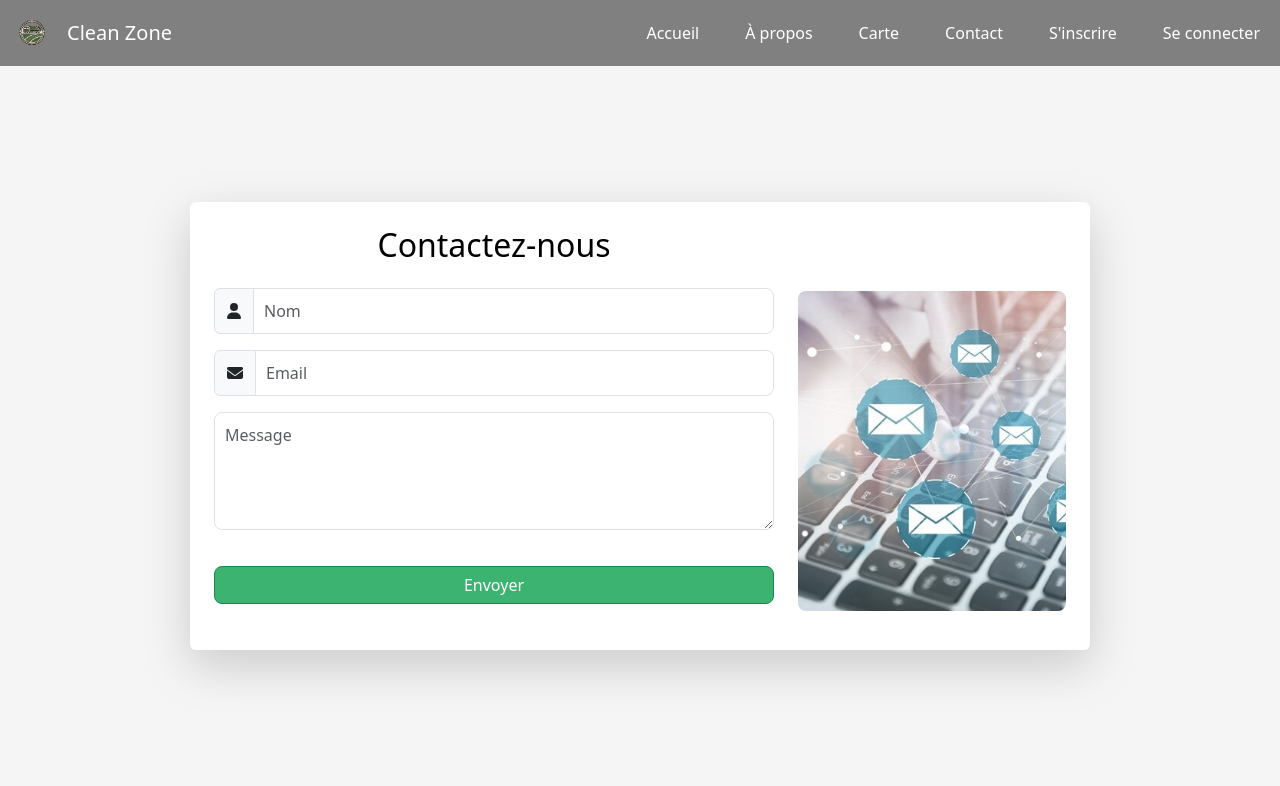
Repository: SystemInfoGeo/QGISproject
Page: /contact (app in NEXT/)
These files come from the project's save history. The page is drawn as it stood at one moment and after the next save; the edit follows.
The browser window is 1280 px wide. The pictures show the whole page.
The project was rebuilt for these pictures with package versions that can differ from the ones it lists, and the page was loaded fresh each time. The framework's server and built-in components were replaced by stand-ins that run in the browser. Also part of the build but not shown: NEXT/next.config.mjs.

Above is the page before, as saved 2024-09-16 21:31:16.

### NEXT/pages/_app.js
// pages/_app.js
import { AuthProvider } from '../context/AuthContext';
import 'bootstrap/dist/css/bootstrap.min.css'; // Import Bootstrap CSS ici

function MyApp({ Component, pageProps }) {
  return (
    <AuthProvider>
      <Component {...pageProps} />
    </AuthProvider>
  );
}

export default MyApp;

### NEXT/pages/contact.js
import { useState } from 'react';
import axios from 'axios';
import 'bootstrap/dist/css/bootstrap.min.css'; // Importer Bootstrap pour le style
import { useRouter } from 'next/router'; // Importer useRouter pour détecter la route actuelle
import Navbar from '../components/Navbar';
import { FontAwesomeIcon } from '@fortawesome/react-fontawesome';
import { faEnvelope, faUser } from '@fortawesome/free-solid-svg-icons'; // Importer les icônes nécessaires
import '../styles/Contact.css'; // Importer le fichier CSS externe

const Contact = () => {
  const [name, setName] = useState('');
  const [email, setEmail] = useState('');
  const [message, setMessage] = useState('');
  const [loading, setLoading] = useState(false);
  const [error, setError] = useState('');
  const [success, setSuccess] = useState('');

  const router = useRouter(); // Utiliser useRouter pour obtenir la route actuelle

  const handleSubmit = async (e) => {
    e.preventDefault();
    setError('');
    setSuccess('');
    setLoading(true);

    try {
      const response = await axios.post(`http://127.0.0.1:5000/messages`, {
        name,
        email,
        message,
      });

      if (response.status === 200) {
        setSuccess('Votre message a été envoyé avec succès.');
        setName('');
        setEmail('');
        setMessage('');
      } else {
        setError('Une erreur est survenue. Veuillez réessayer.');
      }
    } catch (error) {
      setError("Erreur lors de l'envoi du message. Veuillez vérifier votre connexion.");
    } finally {
      setLoading(false);
    }
  };

  return (
    <>
      <Navbar /> {/* Inclusion de la Navbar */}

      {/* Style personnalisé pour la page Contact */}
      <div className="contact-container d-flex justify-content-center align-items-center vh-100">
        <div className="contact-form shadow-lg p-4 rounded">
          <div className="row">
            {/* Formulaire à gauche */}
            <div className="col-md-8">
              <h2 className="mb-4 text-center">Contactez-nous</h2>
              <form onSubmit={handleSubmit}>
                {/* Champ Nom avec icône */}
                <div className="mb-3 input-group">
                  <span className="input-group-text">
                    <FontAwesomeIcon icon={faUser} /> {/* Icône de l'utilisateur */}
                  </span>
                  <input
                    type="text"
                    className="form-control"
                    id="name"
                    placeholder="Nom"
                    value={name}
                    onChange={(e) => setName(e.target.value)}
                    required
                  />
                </div>

                {/* Champ Email avec icône */}
                <div className="mb-3 input-group">
                  <span className="input-group-text">
                    <FontAwesomeIcon icon={faEnvelope} /> {/* Icône de l'enveloppe */}
                  </span>
                  <input
                    type="email"
                    className="form-control"
                    id="email"
                    placeholder="Email"
                    value={email}
                    onChange={(e) => setEmail(e.target.value)}
                    required
                  />
                </div>

                {/* Champ Message */}
                <div className="mb-3">
                  {/* Le mot "Message" est maintenant un placeholder */}
                  <textarea
                    className="form-control"
                    id="message"
                    rows={4}
                    placeholder="Message"
                    value={message}
                    onChange={(e) => setMessage(e.target.value)}
                    required
                  ></textarea>
                </div>

                <button type="submit" className="btn btn-success w-100" disabled={loading}>
                  {loading ? 'Envoi en cours...' : 'Envoyer'}
                </button>
                {error && <p className="text-danger mt-3">{error}</p>}
                {success && <p className="text-success mt-3">{success}</p>}
              </form>
            </div>

            {/* Image à droite */}
            <div className="col-md-4 d-flex flex-column align-items-center justify-content-center">
              <img src="/images/contact-illustration.png" alt="Contact Illustration" />
            </div>
          </div>
        </div>
      </div>
    </>
  );
};

export default Contact;

### NEXT/context/AuthContext.js
import { createContext, useContext, useState, useEffect } from 'react';
import { Spinner } from 'react-bootstrap';
import jwt_decode from 'jwt-decode';

// Créez le contexte
const AuthContext = createContext();

// Créez un hook pour utiliser le contexte facilement
export const useAuth = () => useContext(AuthContext);

// Créer un fournisseur pour encapsuler l'état de connexion global
export const AuthProvider = ({ children }) => {
  const [loggedIn, setLoggedIn] = useState(false);
  const [loading, setLoading] = useState(true);  // Indicateur de chargement
  const [user, setUser] = useState(null);        // Stockage des informations utilisateur

  // Fonction pour vérifier la validité du token
  const isTokenValid = (token) => {
    try {
      const decodedToken = jwt_decode(token);  // Décodage du token JWT
      const currentTime = Date.now() / 1000;  // Temps actuel en secondes
      if (decodedToken.exp > currentTime) {
        return true;  // Le token est valide
      } else {
        console.warn("Le token a expiré.");
        return false;  // Le token est expiré
      }
    } catch (error) {
      console.error("Erreur lors du décodage du token:", error);
      return false;  // Le token est invalide
    }
  };

  // Vérification de la connexion au démarrage
  useEffect(() => {
    const token = localStorage.getItem('token');
    const userInfo = localStorage.getItem('user');

    // Vérification de la présence des données
    if (token && userInfo) {
      try {
        // Vérifier si le token est valide
        if (isTokenValid(token)) {
          setLoggedIn(true);

          // Essayer de parser les informations utilisateur
          try {
            const parsedUser = JSON.parse(userInfo);  // Charger les informations utilisateur
            setUser(parsedUser);
          } catch (error) {
            console.error("Erreur lors du parsing des informations utilisateur:", error);
            localStorage.removeItem('user');  // Supprimer les données corrompues
            setUser(null);
            setLoggedIn(false);
          }
        } else {
          // Le token est expiré ou invalide
          localStorage.removeItem('token');
          localStorage.removeItem('user');
          setLoggedIn(false);
        }
      } catch (error) {
        console.error("Erreur lors du traitement de la connexion:", error);
        setLoggedIn(false);
      }
    } else {
      // Si le token ou les infos utilisateur sont manquants
      console.warn("Aucun token ou informations utilisateur trouvés.");
      setLoggedIn(false);
    }

    setLoading(false);  // Fin du chargement
  }, []);

  // Fonction de connexion
  const login = (token, userInfo) => {
    if (token && userInfo) {
      localStorage.setItem('token', token);
      localStorage.setItem('user', JSON.stringify(userInfo));  // Enregistrer les informations utilisateur
      setUser(userInfo);
      setLoggedIn(true);
    } else {
      console.error("Le token ou les informations utilisateur sont manquants.");
    }
  };

  // Fonction de déconnexion
  const logout = () => {
    localStorage.removeItem('token');
    localStorage.removeItem('user');
    setUser(null);  // Réinitialiser les informations utilisateur
    setLoggedIn(false);
  };

  return (
    <AuthContext.Provider value={{ loggedIn, login, logout, loading, user }}>
      {loading ? <Spinner animation="border" role="status" /> : children} {/* Afficher un spinner si en chargement */}
    </AuthContext.Provider>
  );
};

### NEXT/components/Navbar.js
import Link from 'next/link';
import { useAuth } from '../context/AuthContext'; // Importer le hook useAuth
import 'bootstrap/dist/css/bootstrap.min.css';
import { useEffect, useState } from 'react';

export default function Navbar() {
  const { loggedIn } = useAuth(); // Utiliser le hook pour accéder à l'état de connexion
  const [userRole, setUserRole] = useState(null); // Stocker le rôle de l'utilisateur

  // Vérification du rôle de l'utilisateur lors du chargement de la page
  useEffect(() => {
    const role = localStorage.getItem('role'); // Récupérer le rôle depuis localStorage
    if (role) {
      setUserRole(role); // Mettre à jour le rôle de l'utilisateur dans le state
      console.log('Rôle de l’utilisateur:', role); // Afficher le rôle dans la console pour déboguer
    } else {
      console.log('Aucun rôle trouvé dans le localStorage');
    }
  }, []);

  return (
    <nav className="navbar navbar-expand-lg" style={{ backgroundColor: '#808080' }}>
      <div className="container-fluid">
        <a className="navbar-brand" href="/" style={{ color: 'white', display: 'flex', alignItems: 'center' }}>
          <img src="/images/logo.jpg" alt="Logo" style={{ width: '40px', height: '40px', marginRight: '15px' }} />
          Clean Zone
        </a>
        <button className="navbar-toggler" type="button" data-bs-toggle="collapse" data-bs-target="#navbarNav" aria-controls="navbarNav" aria-expanded="false" aria-label="Toggle navigation">
          <span className="navbar-toggler-icon"></span>
        </button>
        <div className="collapse navbar-collapse" id="navbarNav">
          <ul className="navbar-nav ms-auto">
            <li className="nav-item">
              <Link href="/" legacyBehavior>
                <a className="nav-link" style={{ color: 'white', marginRight: '30px' }}>Accueil</a>
              </Link>
            </li>

            <li className="nav-item">
              <Link href="/apropos" legacyBehavior>
                 <a className="nav-link" style={{ color: 'white', marginRight: '30px' }}>À propos</a>
              </Link>
            </li>

            <li className="nav-item">
              <Link href="/CARTE" legacyBehavior>
                <a className="nav-link" style={{ color: 'white', marginRight: '30px' }}>Carte</a>
              </Link>
            </li>
            <li className="nav-item">
              <Link href="/contact" legacyBehavior>
                <a className="nav-link" style={{ color: 'white', marginRight: '30px' }}>Contact</a>
              </Link>
            </li>

            {/* Affichage conditionnel basé sur l'état de connexion et le rôle */}
            {loggedIn ? (
              <li className="nav-item">
                {/* Si l'utilisateur est admin, rediriger vers le profil admin, sinon vers le profil utilisateur */}
                {userRole === 'admin' ? (
                  <Link href="/admin/profile" legacyBehavior>
                    <a className="nav-link" style={{ color: 'white', marginRight: '30px' }}>
                      Profil Admin
                    </a>
                  </Link>
                ) : (
                  <Link href="/user/profile" legacyBehavior>
                    <a className="nav-link" style={{ color: 'white', marginRight: '30px' }}>
                      Profil
                    </a>
                  </Link>
                )}
              </li>
            ) : (
              <>
                <li className="nav-item">
                  <Link href="/signup" legacyBehavior>
                    <a className="nav-link" style={{ color: 'white', marginRight: '30px' }}>S'inscrire</a>
                  </Link>
                </li>
                <li className="nav-item">
                  <Link href="/login" legacyBehavior>
                    <a className="nav-link" style={{ color: 'white' }}>Se connecter</a>
                  </Link>
                </li>
              </>
            )}
          </ul>
        </div>
      </div>
    </nav>
  );
}

### NEXT/styles/Contact.css
.contact-container {
    background-color: #f5f5f5;
    padding: 20px;
  }

  .contact-form {
    background-color: #ffffff; /* Blanc */
    color: #000000; /* Texte noir pour une bonne lisibilité sur fond blanc */
    max-width: 900px;
    width: 100%;
    margin: auto;
    padding: 20px; /* Ajoutez du padding si nécessaire */
    border-radius: 8px; /* Facultatif, pour garder les bords arrondis */
  }

  .contact-form .form-control {
    background-color: #ffffff;
    border-radius: 8px;
    padding: 10px;
  }

  .contact-form .btn-success {
    color: white;
    background-color: #3cb371;
    border-radius: 8px;
  }
  .contact-form img {
    width: 100%;
    height: 80%; /* L'image prendra la hauteur totale du conteneur */
    object-fit: cover;
    border-radius: 8px;
    margin-top: 50px;
  }
  .contact-form .col-md-4 {
    max-width: 100%;
    overflow: hidden;
  }

  .contact-form .col-md-4 {
    min-height: 400px; /* Ajustez cette valeur selon vos préférences */
  }
  .contact-form button {
    margin-top: 20px; /* Ajustez la valeur selon vos préférences */
  }


  /* Style pour les petites écrans (mobile) */
  @media (max-width: 768px) {
    .contact-container {
      padding: 10px;
    }

    .contact-form {
      padding: 20px;
    }

    .contact-form .row {
      flex-direction: column;
    }

    .contact-form .col-md-8,
    .contact-form .col-md-4 {
      width: 100%;
      margin-bottom: 20px;
    }

    .contact-form img {
      width: 100%;
      height: auto;
      border-radius: 8px;
    }
  }

After the next save:
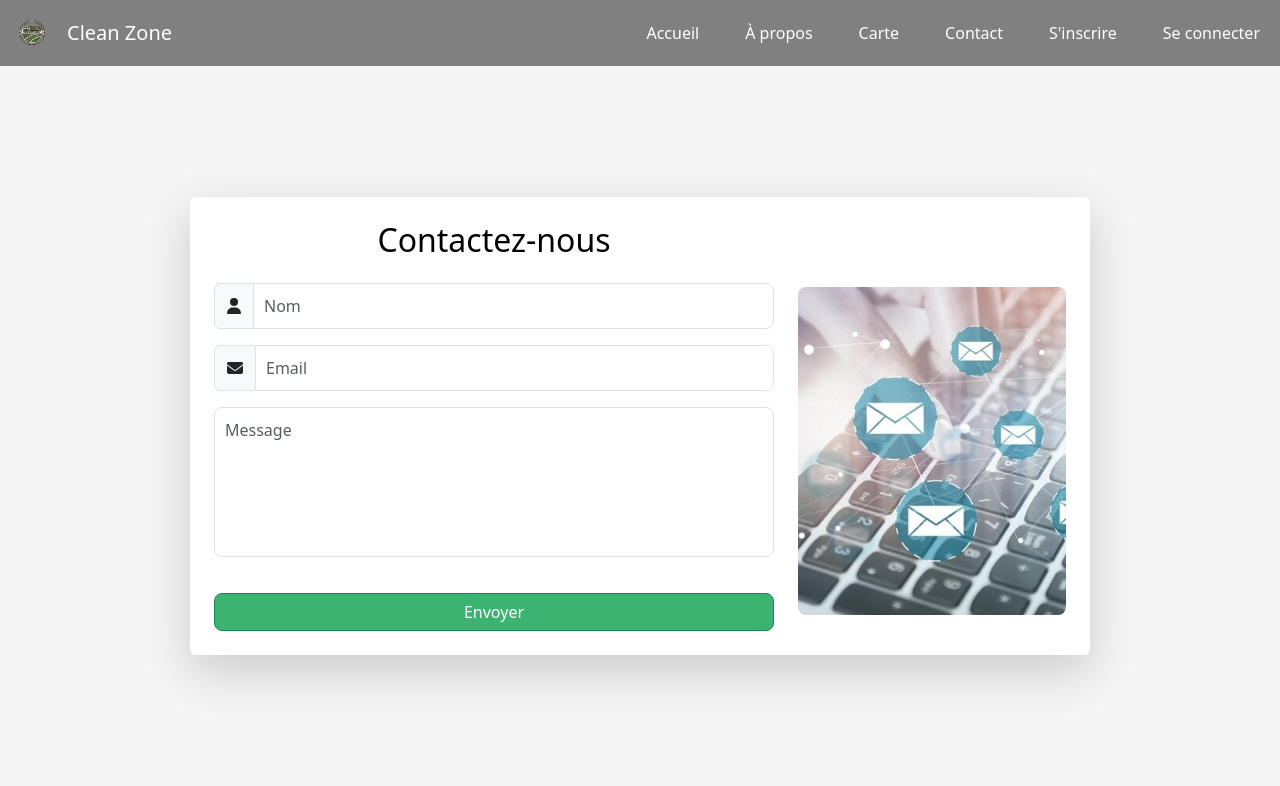
Saved 2 h 8 min later.
--- a/NEXT/styles/Contact.css
+++ b/NEXT/styles/Contact.css
@@ -42,6 +42,11 @@
   .contact-form button {
     margin-top: 20px; /* Ajustez la valeur selon vos préférences */
   }
+  textarea {
+    resize: none; /* Désactive le redimensionnement */
+    width: 100%;  /* Optionnel : assure que le textarea prend toute la largeur disponible */
+    height: 150px; /* Définir une hauteur fixe si vous le souhaitez */
+  }
 
 
   /* Style pour les petites écrans (mobile) */
